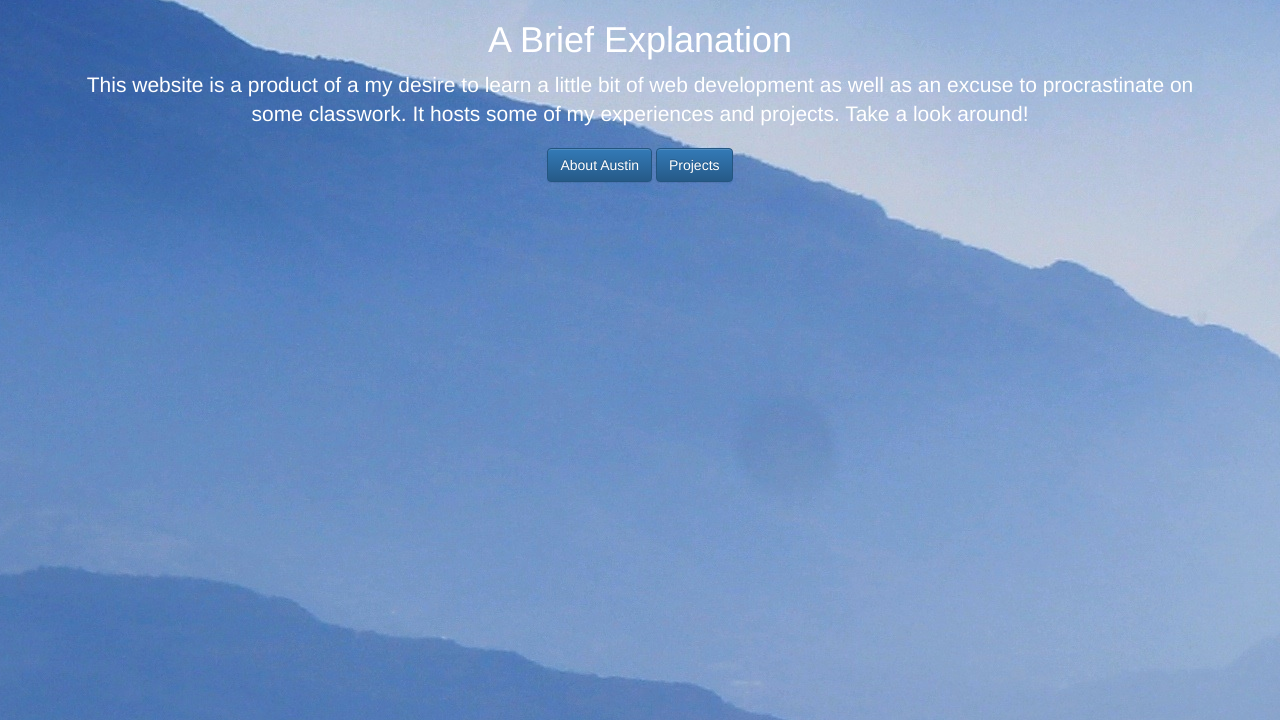
Repository: austinHerring/PersonalWebsite
Page: PersonalWebsite/WebContent/index.html
The author's editor kept a copy of each file at every save. The page is drawn from the files as they stood at one save, then again after the next save.
The browser window is 1280 px wide. The pictures show the whole page.

Above is the page before, as saved 2016-06-12 22:27:20.

After the next save:
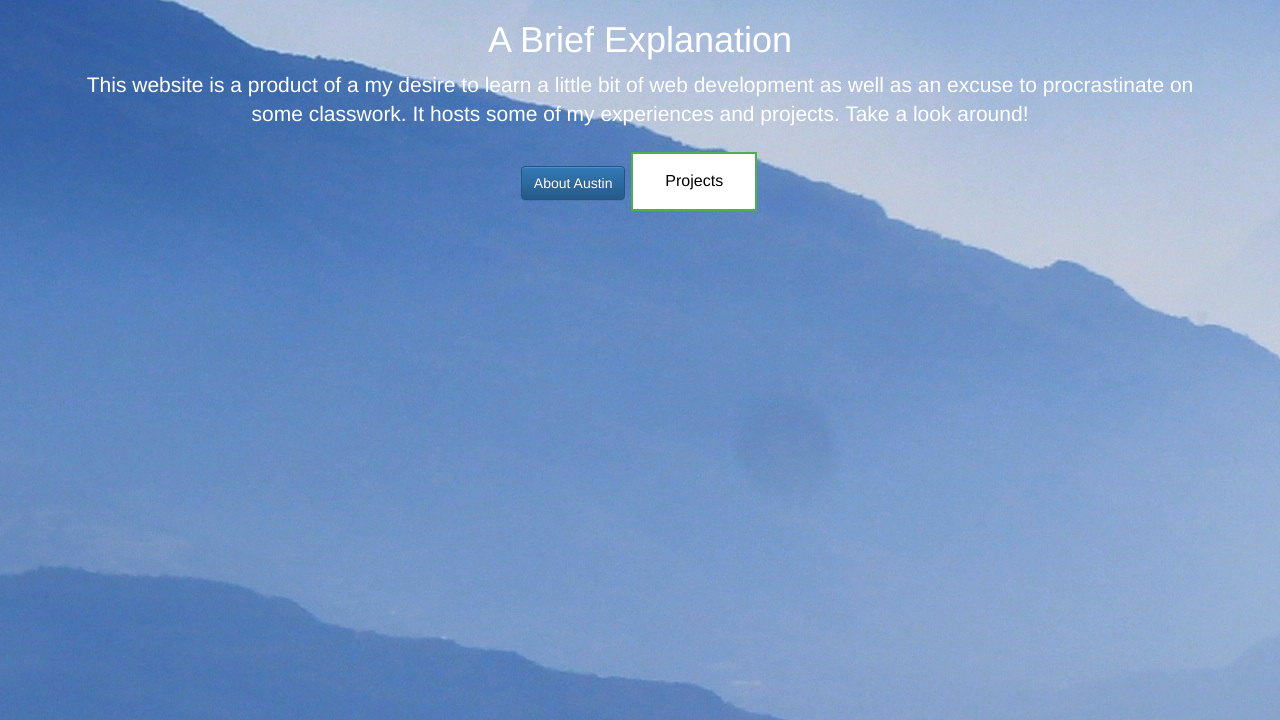
Saved 10 s later.
--- a/PersonalWebsite/WebContent/index.html
+++ b/PersonalWebsite/WebContent/index.html
@@ -18,7 +18,7 @@
 			<div class="row">
 				<div class="col-lg-12">
 					<a class="btn btn-primary" href="about.html" role="button">About Austin</a>
-					<a class="btn btn-primary" href="projects.html" role="button">Projects</a>
+					<a class="button button1" href="projects.html" role="button">Projects</a>
 				</div>
 			</div>
 		</div>
